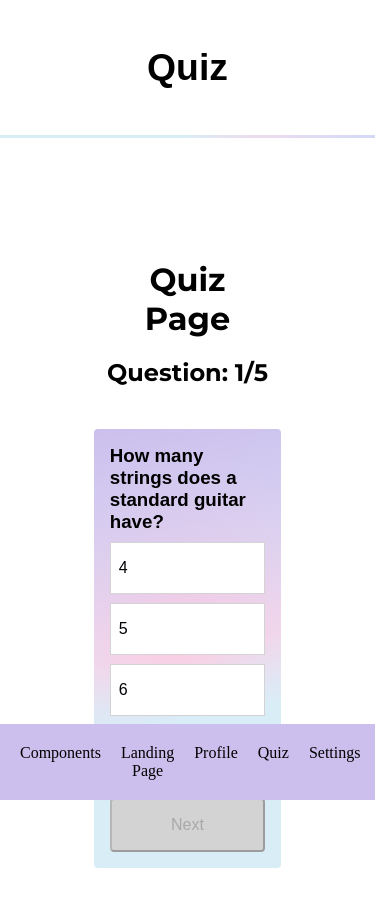
Repository: 1medi/pocketprof
Page: /quiz/page
An editor plug-in stored every save of this project. The page is shown before and after the next save, followed by the edit.
The browser window is 375 px wide. The pictures show the whole page.
The project was rebuilt for these pictures with package versions that can differ from the ones it lists, and the page was loaded fresh each time. The framework's server and built-in components were replaced by stand-ins that run in the browser. Also part of the build but not shown: next.config.mjs, Components/Buttons/Oscar/Oscar.module.css, Components/Buttons/Oscar/index.js.

Above is the page before, as saved 2024-04-13 20:58:18.

### pages/quiz/page.jsx
'use client';
import React, { useState, useRef, useEffect } from 'react';
import { quiz } from "../data"
import styles from "./page.module.css"
import { Montserrat } from "next/font/google"
import Header from '@/Components/Header';
import NavBar from "@/Components/Navbar"


const notoSans = Montserrat({
  subsets: ['latin'],
});

export default function Page() {
  const [activeQuestion, setActiveQuestion] = useState(0);
  const [selectedAnswer, setSelectedAnswer] = useState('');
  const [checked, setChecked] = useState(false);
  const [selectedAnswerIndex, setSelectedAnswerIndex] = useState(null);
  const [showResult, setShowResult] = useState(false);
  const [result, setResult] = useState({
    score: 0,
    correctAnswers: 0,
    wrongAnswers: 0,
  });

  const nextButtonRef = useRef(null);

  const { questions } = quiz;
  const { answers, correctAnswer } = questions[activeQuestion];

  const onAnswerSelected = (answer, idx, event = null) => {
    if (event && event.type === 'keydown' && (event.key !== 'Enter' && event.key !== ' ')) {
      return;
    }
    setChecked(true);
    setSelectedAnswerIndex(idx);
    if (answer === correctAnswer) {
      setSelectedAnswer(true);
      console.log('true');
    } else {
      setSelectedAnswer(false);
      console.log('false');
    }
  };


  useEffect(() => {
    if (checked && nextButtonRef.current) {
      nextButtonRef.current.focus();
    }
  }, [checked]);

  const nextQuestion = () => {
    setSelectedAnswerIndex(null);
    setResult((prev) =>
      selectedAnswer
        ? {
            ...prev,
            score: prev.score + 5,
            correctAnswers: prev.correctAnswers + 1,
          }
        : {...prev,
            wrongAnswers: prev.wrongAnswers + 1,
          }
    );
    if (activeQuestion !== questions.length - 1) {
      setActiveQuestion((prev) => prev + 1);
    } else {
      setActiveQuestion(0);
      setShowResult(true);
    }
    setChecked(false);
  };

  return (
    <>
    <Header name="Quiz"/>
      <div className={`${styles.container}`}>
      <h1 className={styles.title}>Quiz Page</h1>
      <div>
        <h2 className={styles.activeQ}>
          Question: {activeQuestion + 1}
          <span>/{questions.length}</span>
        </h2>
      </div>
      <div>
        {!showResult ? (
          <div className={styles.quizContainer}>
            <h3 className={styles.question}>{questions[activeQuestion].question}</h3>
            {answers.map((answer, idx) => (
              <li
                key={idx}
                onClick={() => onAnswerSelected(answer, idx)}
                onKeyDown={(event) => onAnswerSelected(answer, idx, event)}
                className={`${styles.answerList} ${selectedAnswerIndex === idx ? styles.itemSelected : styles.itemHover}`}
                tabIndex={0}>
                <span>{answer}</span>
              </li>
            ))}

            <button
              ref={nextButtonRef}
              onClick={nextQuestion}
              className={checked ? styles.btn : styles.btnDisabled}
              tabIndex={2}
              disabled={!checked}>
              {activeQuestion === questions.length - 1 ? 'Finish' : 'Next'}
            </button>
          </div>
        ) : (
          <div className={styles.quizContainer}>
            <h3 className={styles.hthree}>Results</h3>
            <h3 className={styles.hthree}>Overall {(result.score / (questions.length * 5)) * 100}%</h3>
            <p className={styles.paragraph}>
              Total Questions: <span>{questions.length}</span>
            </p>
            <p className={styles.paragraph}>
              Total Score: <span>{result.score}</span>
            </p>
            <p className={styles.paragraph}>
              Correct Answers: <span>{result.correctAnswers}</span>
            </p>
            <p className={styles.paragraph}>
              Wrong Answers: <span>{result.wrongAnswers}</span>
            </p>
            <button className={styles.btn} onClick={() => window.location.reload()}>Restart</button>
          </div>
        )}
      </div>
    </div>
    <NavBar/>
    </>

  );
};

### styles/globals.css
:root {
background-color: white;
align-content: center;
--main-color-purple: #53239B;
--main-color-lightpurple: #CCBFED;
--secondary-color-blue: #9AB7F9;
--secondary-color-lightblue: #CCE3FB;

--font-header: 34pt ;
--font-section-header: 28pt;
--font-sub-header: 24pt;
--font-button: 16pt;
--font-body: 16pt;
--font-secondary: 14pt;
--font-tertiary:12pt;

--headings: "mont", sans-serif;
--body-text: "Noto Sans", sans-serif;

}


* {
    padding: 0;
    margin: 0;
  }

  ol,
  ul {
    list-style: none;
  }

### pages/data.js
export const quiz = {
    totalQuestions: 5,
    questions: [
      {
        id: 1,
        question: 'How many strings does a standard guitar have?',
        answers: ['4', '5', '6', '7'],
        correctAnswer: '6',
      },
      {
        id: 2,
        question: 'Which part of the guitar do you strum or pluck the strings with?',
        answers: ['Headstock', 'Fretboard', 'Body', 'Bridge'],
        correctAnswer: 'Body',
      },
      {
        id: 3,
        question: 'What is a pick used for in playing the guitar?',
        answers: ['Holding the strings down', 'Strumming or plucking the strings', 'Keeping the guitar in tune', 'San Marino'],
        correctAnswer: 'Strumming or plucking the strings',
      },
      {
        id: 4,
        question: 'What is the name of the thickest string on the guitar?',
        answers: ['A string', 'E string', 'D string', 'G string'],
        correctAnswer: 'E string',
      },
      {
        id: 5,
        question: 'Where do you place your fingers to play different notes on the guitar?',
        answers: ['On the body', 'On the headstock', 'On the strings over the fretboard', 'On the tuning pegs'],
        correctAnswer: 'On the strings over the fretboard',
      },
    ],
  };

### pages/quiz/page.module.css
@media only screen and (max-width:430px) {
  .container{
  padding: 2rem 5rem;
  background-color: white;
  font-family: "Noto", sans-serif;
  max-width: 740px;
  width: 50%;
  margin: auto;
  margin-top: 5em;
  border-radius: 5px;

}

.title,
.activeQ{
  color: black;
  text-align: center;
  padding:10px;
  font-family: "Montserrat", "sans-serif";
}

.hthree {
  padding-bottom: 2rem;
  color: #000105;
  font-size: 1.8rem;
}

.btn {
  padding: 16px 8px;
  width: 100%;
  margin-top: 12px;
  font-size: 1rem;
  border-radius: 4px;
  cursor: pointer;
  background-color: var(--main-color-purple);
  color: #f8f8f8;
}

.btnDisabled {
  background-color: lightgray;
  padding: 16px 8px;
  width: 100%;
  margin-top: 12px;
  font-size: 1rem;
  border-radius: 4px;
  color: darkgray;

}

.answerList {
  list-style-type: none;
  cursor: pointer;
  margin: 9px 0;
  padding: 16px 8px;
  color: #000105;
  border: 1px solid lightgray;
  background-color: white;
}

.itemHover:hover {
  background-color: #CCBFED;
  columns: #fff;
}

.itemSelected {
  color: #474747;
  background-color:#8E71D5;
}

.quizContainer {
  background: linear-gradient(-10deg, #d9edf7 35%, rgba(237, 202, 216, 0) 50%, var(--main-color-lightpurple)), radial-gradient(circle, #ffcae1 0, #daeafc 100%);
  padding: 1rem;
  margin-top: 2rem;
  border-radius: 4px;
}

.paragraph {
  padding: 8px 0;
}

}

### Components/Header/index.js
import styles from "@/Components/Header/Header.module.css"
import Link from "next/link"
import { Montserrat } from "next/font/google"

const montserrat = Montserrat({
  subsets: ['latin'],
});
export default function Header({name}){
  return (
    <>
    <header className={styles.header}>

      <h1 className={styles.headerTitle}>{name}</h1>
    </header>
    </>
  )
}

### Components/Navbar/index.js
import styles from "./Navbar.module.css"
import Oscar from "@/Components/Buttons/Oscar"
import Link from "next/link"

export default function NavBar() {
  return (
    <nav className={styles.nav}>
        <div className={styles.navContainer}>
          <ul className={styles.navOptions}>
            <li className={styles.navLink}>
            <Link href={'/Components'} className={styles.navText}>Components </Link>
            </li>
            <li className={styles.navLink}>
            <Link href={'/LandingPage'} className={styles.navText}>Landing Page </Link>
            </li>
            <li className={styles.navLink}>
            <Link href={'/Profile'} className={styles.navText}>Profile </Link>
            </li>
            <li className={styles.navLink}>
            <Link href={'/QuizPage'} className={styles.navText}>Quiz</Link>
            </li>
            <li className={styles.navLink}>
            <Link href={'/Settings'} className={styles.navText}>Settings</Link>
            </li>
            <li className={styles.navLink}>
            <Link href={'/Subjects'} className={styles.navText}>Subjects</Link>
            </li>
          </ul>

        </div>
    </nav>
  )
}

### Components/Header/Header.module.css
.header{
  max-height: 400;
  height: 6em;
  position: relative;
  padding: 1.3rem;
  backdrop-filter: blur(10px);
  }

  .header::before {
    content: "";
    position: absolute;
    inset: 0;
    border-bottom: 3px solid transparent;
    background: linear-gradient(140deg,  #d9edf7 35%, rgba(237, 202, 216, 0) 50%, var(--main-color-lightpurple)), radial-gradient(circle, #ffcae1 0, #daeafc 100%) border-box;
    mask: linear-gradient(#fff 0 0) padding-box, linear-gradient(#fff 0 0);
    mask-composite: exclude;
  }


.headerTitle{
  text-align: center;
  margin:auto;
  display: flex;
  justify-content: center;
  color: black;
  padding-top: 25px;
  font-family: var(--headings);
  font-size: var(--font-section-header);
}

### Components/Navbar/Navbar.module.css
@media only screen and (max-width:430px) {
  .nav {
  position: fixed;
  bottom: 0;
  left: 0;
  width: 100%;
  display: flex;
  flex-direction: row;
  background-color:var(--main-color-lightpurple);
  justify-content: space-around;
}

.navContainer{
  position: relative;
  justify-content: space-around;
  width: 100%;
}
.buttonContainer{
  padding:10px;

}

.navOptions{
  display: flex;
  flex-direction: row;
  text-align: center;
  justify-content: space-around;
  padding: 10px;
  text-decoration: none;
}

.navLink{
  padding: 10px;
  border-radius: 10px;
  text-decoration: none;
  list-style: none;
  position: relative;
  justify-content: center;
}

.image:hover{
  background-color: #8b82a4;
}

.navText{
  text-decoration: none;
  list-style: none;
  color:black;
}

.navText:visited{
  text-decoration: none;
  list-style: none;
  color: black;
}
}

Loaded but not shown: pages/_app.js (common file); pages/_document.js (common file)

After the next save:
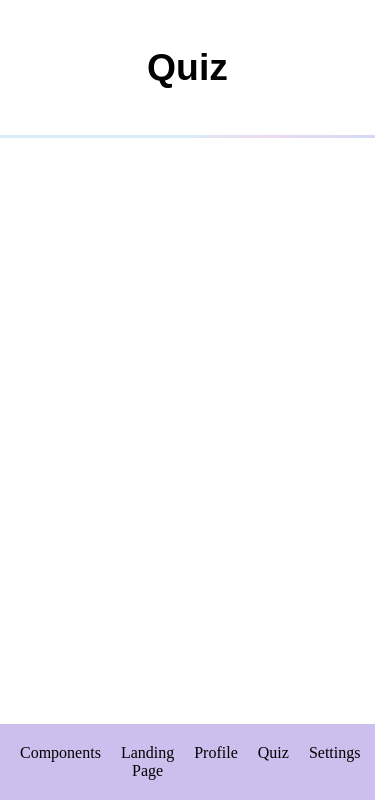
Saved 99 s later.
--- a/pages/quiz/page.module.css
+++ b/pages/quiz/page.module.css
@@ -1,3 +1,6 @@
+.container{
+  display:none;
+}
 @media only screen and (max-width:430px) {
   .container{
   padding: 2rem 5rem;
@@ -8,6 +11,7 @@
   margin: auto;
   margin-top: 5em;
   border-radius: 5px;
+  font-size: var(--body);
 
 }
 
